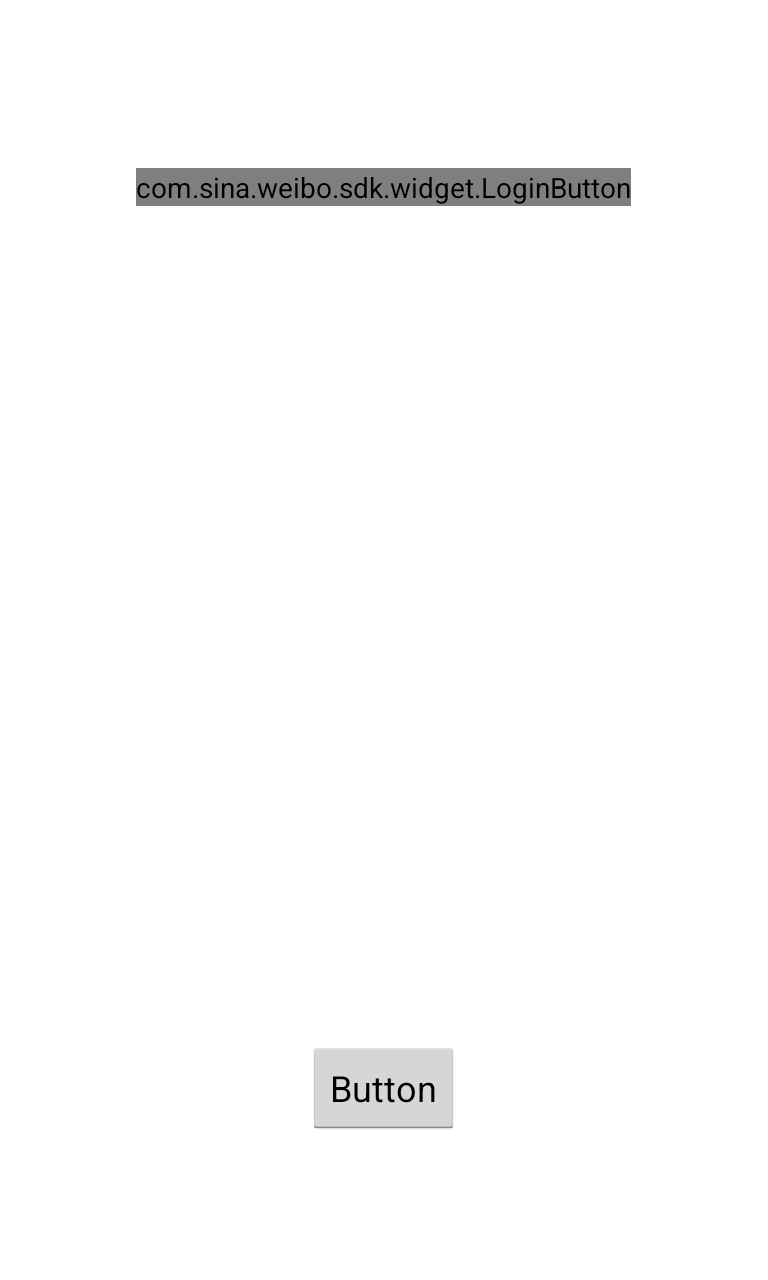
Repository: aojue/HappyAA
Layout: HappyAA/res/layout/activity_main.xml
An editor plug-in stored every save of this project. The layout is shown before and after the next save, followed by the edit.
Pictures or frames that could not be fetched are drawn as grey boxes. It is drawn on a 768 x 1280 px phone screen (xhdpi) without system bars, with theme AppTheme; the app's code is not run.

Above is the layout before, as saved 2014-10-24 07:28:50.

### HappyAA/res/layout/activity_main.xml
<RelativeLayout xmlns:android="http://schemas.android.com/apk/res/android"
    xmlns:tools="http://schemas.android.com/tools"
    android:layout_width="match_parent"
    android:layout_height="match_parent"
    android:paddingBottom="@dimen/activity_vertical_margin"
    android:paddingLeft="@dimen/activity_horizontal_margin"
    android:paddingRight="@dimen/activity_horizontal_margin"
    android:paddingTop="@dimen/activity_vertical_margin"
    tools:context="com.sina.weibo.happyaa.MainActivity" >

    <com.sina.weibo.sdk.widget.LoginButton
        android:id="@+id/loginButton1"
        android:layout_width="wrap_content"
        android:layout_height="wrap_content"
        android:layout_alignParentTop="true"
        android:layout_centerHorizontal="true"
        android:layout_marginTop="68dp" />

    <Button
        android:id="@+id/button1"
        android:layout_width="wrap_content"
        android:layout_height="wrap_content"
        android:layout_alignParentBottom="true"
        android:layout_centerHorizontal="true"
        android:layout_marginBottom="56dp"
        android:text="Button" />

</RelativeLayout>

Loaded but not shown: HappyAA/res/values/styles.xml (common file); HappyAA/res/values-v11/styles.xml (common file); HappyAA/res/values-v14/styles.xml (common file); HappyAA/res/values/dimens.xml (common file); HappyAA/res/values-w820dp/dimens.xml (common file)

After the next save:
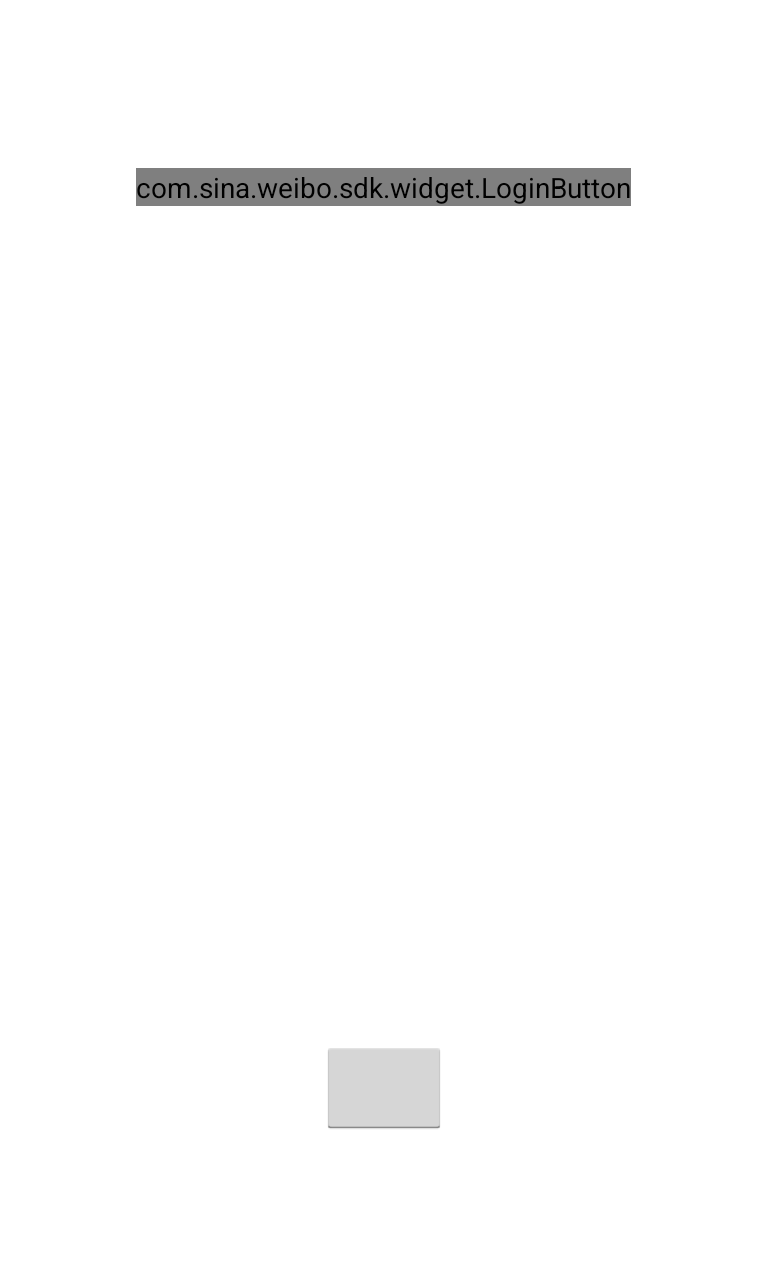
Saved 16 s later.
--- a/HappyAA/res/layout/activity_main.xml
+++ b/HappyAA/res/layout/activity_main.xml
@@ -22,7 +22,6 @@
         android:layout_height="wrap_content"
         android:layout_alignParentBottom="true"
         android:layout_centerHorizontal="true"
-        android:layout_marginBottom="56dp"
-        android:text="Button" />
+        android:layout_marginBottom="56dp"/>
 
 </RelativeLayout>
